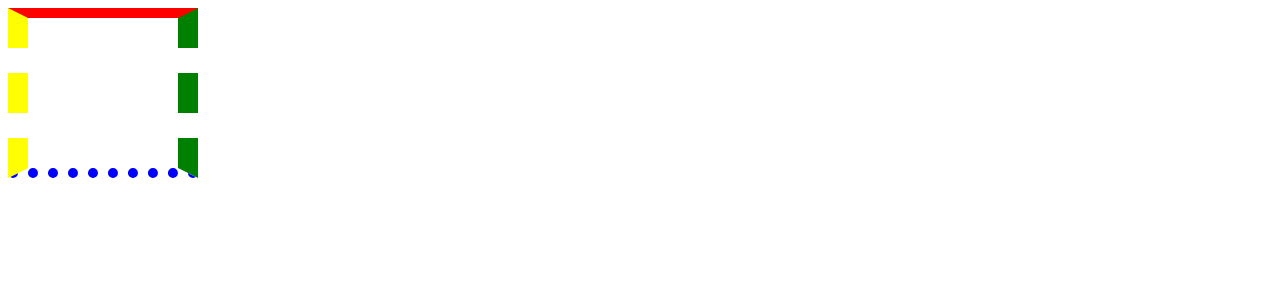
Repository: Germtao/Web
Page: web_css/css_盒模型详解.html
The author's editor kept a copy of each file at every save. The page is drawn from the files as they stood at one save, then again after the next save.
The browser window is 1280 px wide. The pictures show the whole page.

Above is the page before, as saved 2020-10-29 16:01:12.

After the next save:
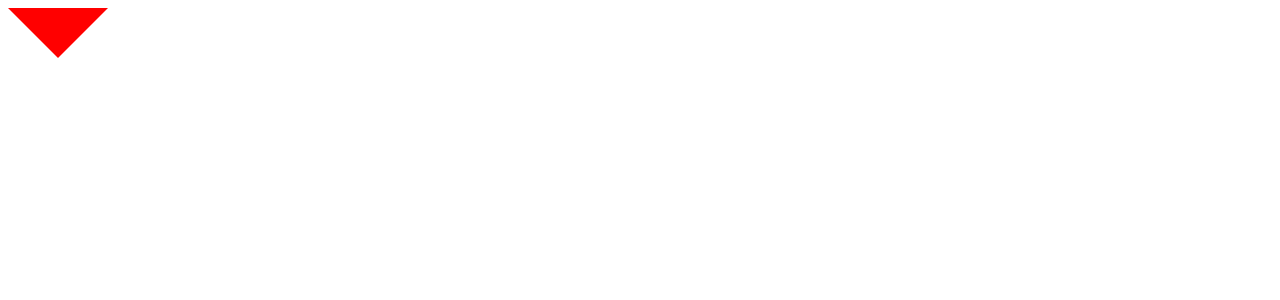
Saved 11 min 30 s later.
--- a/web_css/css_盒模型详解.html
+++ b/web_css/css_盒模型详解.html
@@ -17,13 +17,22 @@
     } */
 
     /* 认识border */
-    div {
+    /* div {
       width: 150px;
-      height: 150px;
-      /* border: 10px ridge red; */
-      border-width: 10px 20px;
+      height: 150px; */
+    /* border: 10px ridge red; */
+    /* border-width: 10px 20px;
       border-style: solid dashed dotted;
       border-color: red green blue yellow;
+    } */
+
+    /* 利用 border 属性画一个三角形 */
+    div {
+      width: 0;
+      height: 0;
+      border: 50px solid transparent;
+      border-top-color: red;
+      border-bottom: none;
     }
   </style>
 </head>
